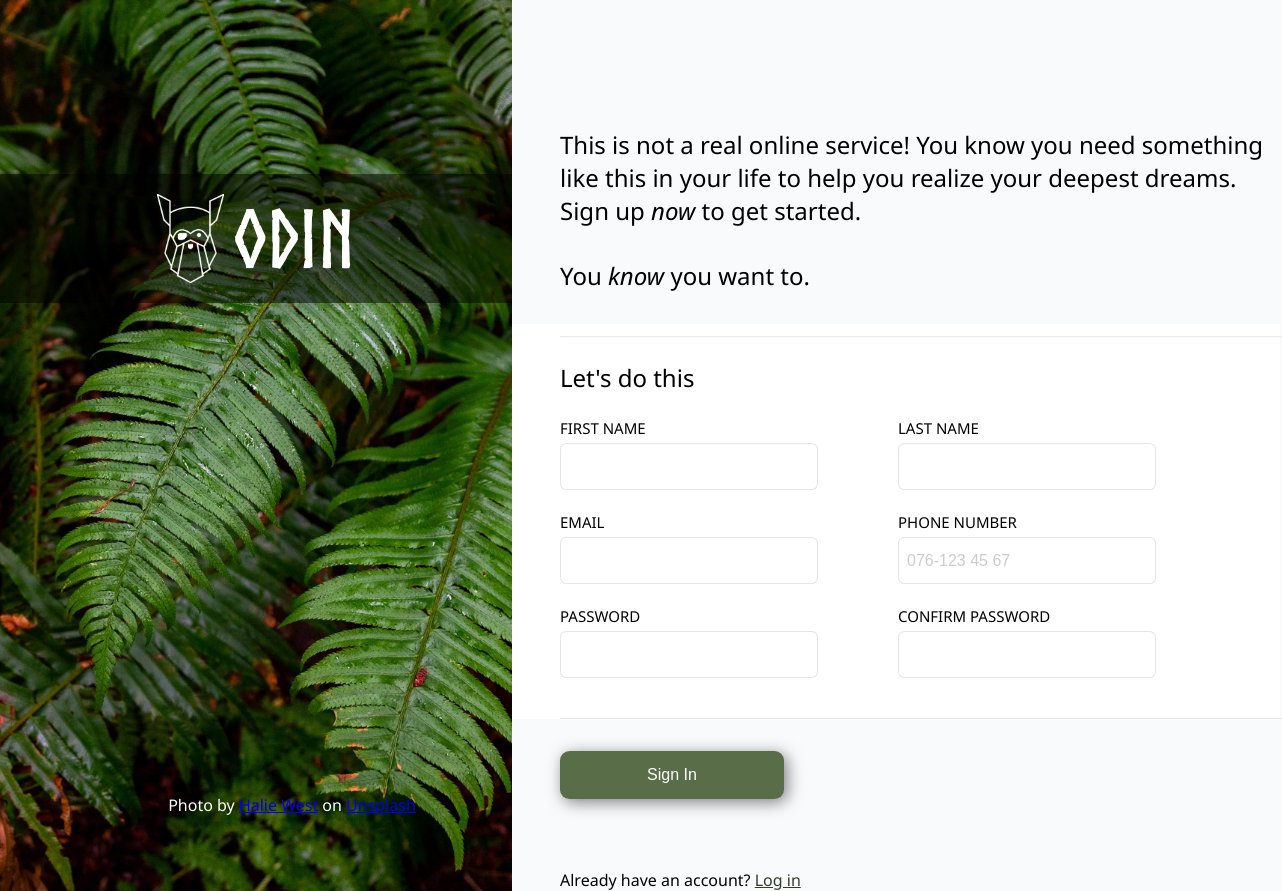
Repository: fed26sto-fundamentals/sign-up-form-odai-dh
Page: index.html
These files come from the project's save history. The page is drawn as it stood at one moment and after a run of saves; the edit follows.
The browser window is 1280 px wide. The page is 1282 px wide, so the pictures cover 1282 px, including what lies to the right of the window. The pictures show the whole page.

Above is the page before, as saved 2024-10-01 21:18:16.

### index.html
<!DOCTYPE html>
<html lang="en">

<head>
    <meta charset="UTF-8">
    <meta name="viewport" content="width=device-width, initial-scale=1.0">
    <link href="styles.css" rel="stylesheet" />
    <title>Document</title>
</head>

<body>
    <div class="leftSide">
        <div class="odinLogo">
            <img src="/img/odin-lined.png" alt="odin logo">
            <p>ODIN</p>
        </div>
        <div class="leftSideFoot">
            <p>Photo by <a href="https://unsplash.com/@haliewestphoto" target="_blank">Halie West</a> on <a
                    href="https://unsplash.com/" target="_blank">Unsplash</a></p>

        </div>
    </div>
    <div class="rightSide">
        <div class="textR">
            <p>This is not a real online service! You know you need something like this in your life to help you realize
                your deepest dreams. Sign up <em>now</em> to get started.</p>
        </div>
        <div class="textRs">
            <p> You <em>know</em> you want to.</p>
        </div>
        <div class="form">
            <form action="#" class="form">
                <div class="formTitle">
        <hr id="line">
                    <p>Let's do this</p>
                </div>
                <div class="formStart">
                    <div class="cill1">
                        <div class="firstN">
                            <label for="firstN">FIRST NAME</label>
                            <input type="text" id="firstN" class="required" name="firstName" required>
                            <span class="error-message" aria-live="polite">First Name is required</span>
                        </div>
                        <div class="emailIn">
                            <label for="emailIn">EMAIL</label>
                            <input type="email" id="emailIn" class="required" name="email" required>
                            <span class="error-message" aria-live="polite">Email is required</span>
                        </div>
                        <div class="passwordIn">
                            <label for="passwordIn">PASSWORD</label>
                            <input type="password" id="passwordIn" class="required" name="password" required minlength="8" maxlength="16">
                            <span class="error-message" aria-live="polite">Password must be between 8 and 16 characters.</span>
                        </div>
                    </div>
                    <div class="cill2">
                        <div class="lastN">
                            <label for="lastN">LAST NAME</label>
                            <input type="text" id="lastN" class="required" name="lastName" required>
                            <span class="error-message" aria-live="polite">Last Name is required</span>
                        </div>
                        <div class="nummber">
                            <label for="number">PHONE NUMBER</label>
                            <input type="tel" id="number" class="required" name="phoneNumber" pattern="076-[0-9]{3} [0-9]{2} [0-9]{2}" placeholder="076-123 45 67" required>
                            <span class="error-message" aria-live="polite">Please enter a valid phone number.</span>
                        </div>
                        <div class="passwordCon">
                            <label for="passwordCon">CONFIRM PASSWORD</label>
                            <input type="password" id="passwordCon" class="required" name="confirmPassword" required minlength="8" maxlength="16">
                            <span class="error-message" aria-live="polite">Password do Not match</span>
                        </div>
                    </div>
                </div>
                <hr id="line">
        </div>

        <div class="submtion">
            <button id="forSubmtion"> Sign In</button>
            <div id="forSubmtionError"></div>
            <p>
                Already have an account? <a href="">Log in</a>
            </p>
        </div>
        </form>
    </div>
</body>

</html>

### styles.css
@font-face {
    font-family: 'NorseBold';
    src: url('../fonts/Norse-Bold.otf') format('opentype');

}

body {
    font-family: 'Segoe UI', Tahoma, Geneva, Verdana, sans-serif;
    display: flex;
    align-content: center;
    min-height: 100vh;
    margin: 0;
    padding: 0px;
    height: 100%;
    background-color: #F9FAFB;
    ;

}



.leftSide {
    background: url(/img/green.jpg) no-repeat;
    border: 0;
    width: 40%;
    align-content: center;
    background-size: cover;
    background-position: center;

}

.odinLogo {
    display: flex;
    justify-content: center;
    align-items: center;
    height: 10%;
    padding: 20px;
    gap: 10px;
    background-color: rgba(0, 0, 0, 0.5);
    position: relative;
    top: -25vh;
}

.odinLogo img {
    height: 100%;
}

.odinLogo p {
    color: white;
    font-size: 80px;
    font-family: 'NorseBold', sans-serif;
}


.leftSideFoot {
    display: flex;
    justify-self: center;
    position: relative;
    bottom: -41vh;
    left: 5vh;
}

.leftSideFoot p {
    color: rgb(255, 255, 255);
}

.leftSideFoot a:visited {
    color: rgb(199, 201, 221);
}

.leftSideFoot a:hover {
    color: rgb(187, 131, 239);
    transition: 0.5s;
}




.rightSide {
    display: flex;
    flex-direction: column;
    gap: 2rem;
}


.rightSide>div {
    padding-left: 3rem;
}

.rightSide>div>p {
    margin-top: 0;
    margin-bottom: 0;
}

.textR,
.textRs,
.formTitle {
    font-size: 1.5rem;
}

.textR {
    margin-top: 8rem;
}

.form{
    background-color: rgb(255, 255, 255);
}
.formStart {
    display: flex;
    justify-content: left;
    gap: 5rem;
    flex-wrap: wrap;
}

.formStart div {
    display: flex;
    flex-direction: column;
    gap: 1.4rem;
}

.formStart>div {
    margin-bottom: 2rem;
}

.formStart div div label {
    font-size: 15px;
}

.formStart div div input {
    width: 100%;

}
.formStart div div input:focus {
    border-color: #007BFF;
    box-shadow: 0 0 5px rgba(0, 123, 255, 1);

}

#line{
    width: 100%;
    opacity: 0.2;
    margin-bottom: -1px;
}



.error-message {
    display: none;
    color: #d30c34;
    font-size: 12px;
    margin-top: -5px;
}

input:not(:focus):invalid+.error-message {
    display: none;
}

input:invalid+.error-message {
    display: block;
    margin-top: 4px;
}
input:not(:focus):invalid {
    border: 1px solid rgba(128, 128, 128, 0.2); /* Neutraler grauer Rand */
}

input::placeholder {
    color: grey;
    font-size: 16px;
    opacity: 0.4;
}


.formStart div div input {
    height: 1.8rem;
    width: 15rem;
    border: 1px solid #ccc;
    border-radius: 0.4rem;
    outline: none;
    padding: 0.5rem;
    font-size: 18px;
}

.formStart div div {
    display: flex;
    flex-direction: column;
    gap: 0.3rem;
}

.submtion {
    display: flex;
    flex-direction: column;
    gap: 2.2rem
}

.submtion a {
    color: #596D48;
}

.submtion a:visited {
    color: #313d27;
}

#forSubmtion {
    cursor: pointer;
    height: 3rem;
    width: 14rem;
    background-color: #596D48;
    color: white;
    font-size: 16px;
    border: 0px;
    border-radius: 0.6rem;
    box-shadow: 0.2rem 0.2rem 1rem rgba(0, 0, 0, 0.5);
}

After the next 4 saves:
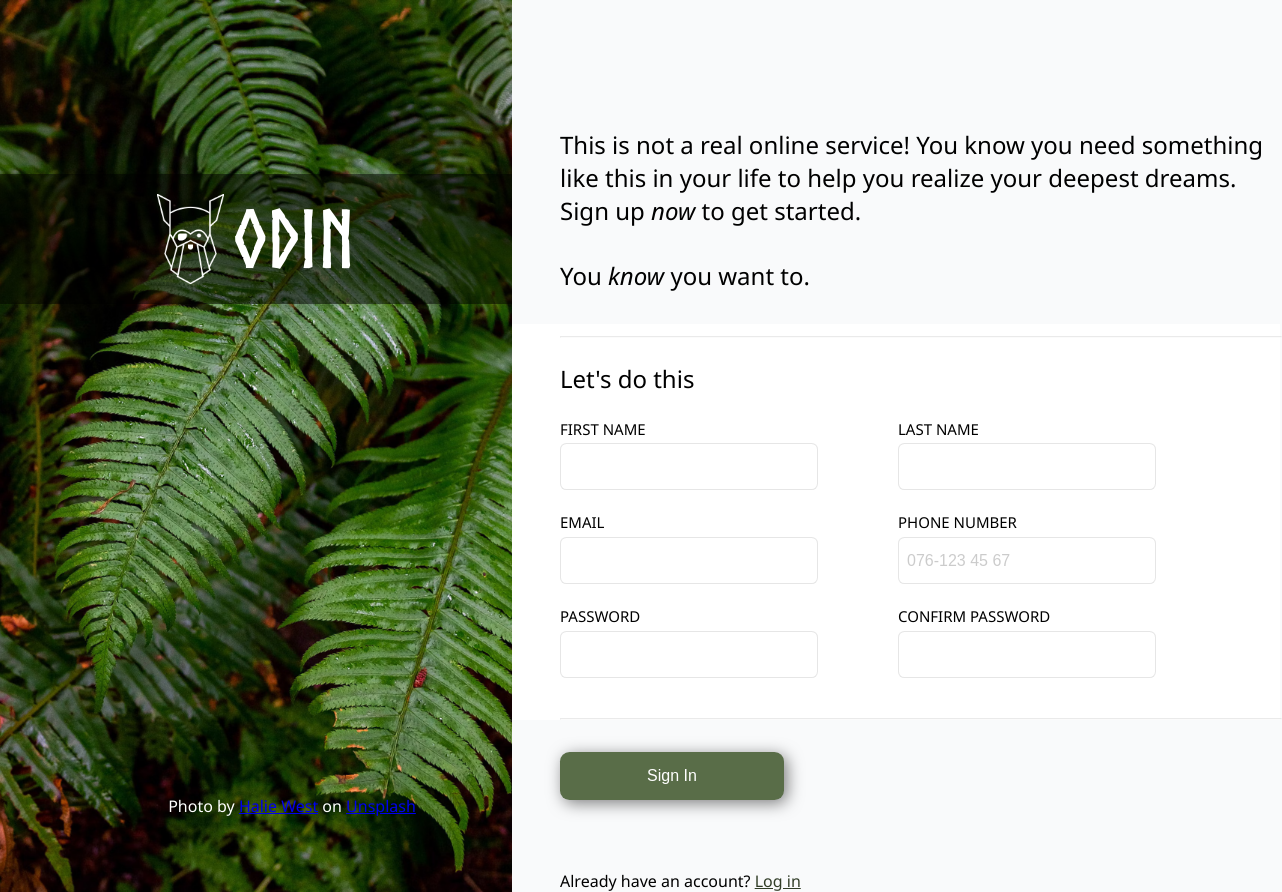
The 4 saves are shown as one change because they came seconds apart.
The last was saved 14 s later.
--- a/styles.css
+++ b/styles.css
@@ -139,7 +139,7 @@ body {
 #line{
     width: 100%;
     opacity: 0.2;
-    margin-bottom: -1px;
+    margin-bottom: -0.5px;
 }
 
 
